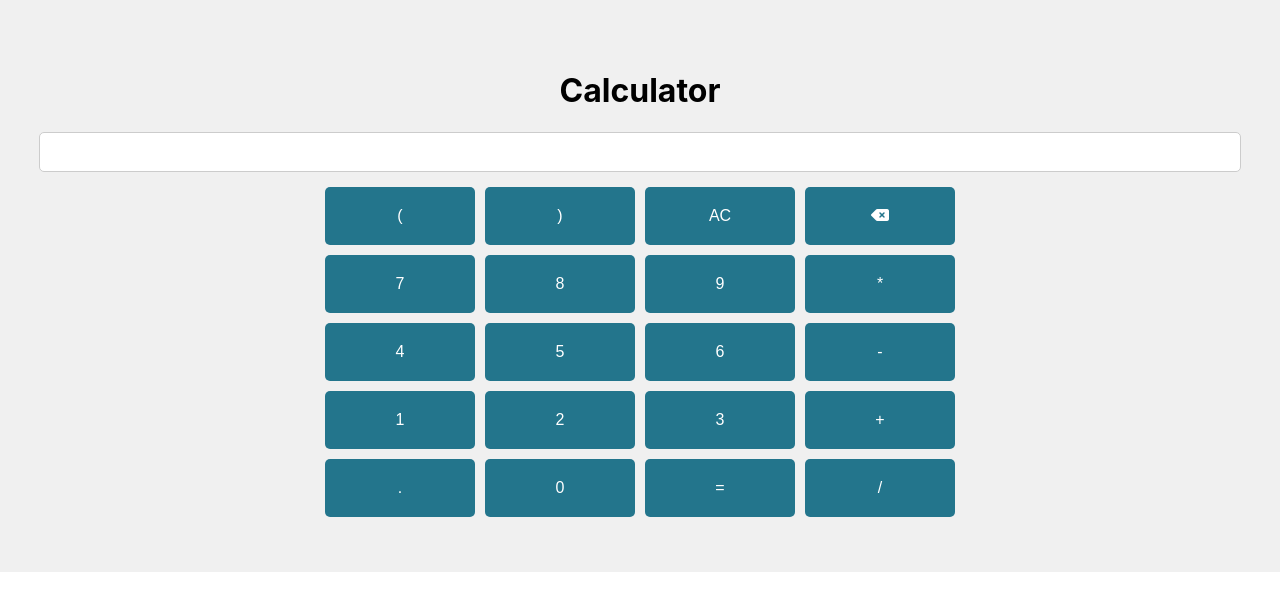
Repository: thesaherriaz/Calculator-React
Page: /
The author's editor kept a copy of each file at every save. The page is drawn from the files as they stood at one save, then again after a run of saves.
The browser window is 1280 px wide. The pictures show the whole page.
The project was rebuilt for these pictures with package versions that can differ from the ones it lists, and the page was loaded fresh each time.

Above is the page before, as saved 2025-06-18 15:11:57.

### public/index.html
<!DOCTYPE html>
<html lang="en">
  <head>
    <meta charset="utf-8" />
    <link rel="icon" href="%PUBLIC_URL%/favicon.ico" />
    <meta name="viewport" content="width=device-width, initial-scale=1" />
    <meta name="theme-color" content="#000000" />
    <meta
      name="description"
      content="Web site created using create-react-app"
    />
    <link rel="apple-touch-icon" href="%PUBLIC_URL%/logo192.png" />
    <link rel="stylesheet" href="https://cdnjs.cloudflare.com/ajax/libs/font-awesome/6.0.0/css/all.min.css">
    <!--
      manifest.json provides metadata used when your web app is installed on a
      user's mobile device or desktop. See https://developers.google.com/web/fundamentals/web-app-manifest/
    -->
    <link rel="manifest" href="%PUBLIC_URL%/manifest.json" />
    <!--
      Notice the use of %PUBLIC_URL% in the tags above.
      It will be replaced with the URL of the `public` folder during the build.
      Only files inside the `public` folder can be referenced from the HTML.

      Unlike "/favicon.ico" or "favicon.ico", "%PUBLIC_URL%/favicon.ico" will
      work correctly both with client-side routing and a non-root public URL.
      Learn how to configure a non-root public URL by running `npm run build`.
    -->
    <title>React App</title>
  </head>
  <body>
    <noscript>You need to enable JavaScript to run this app.</noscript>
    <div id="root"></div>
    <!--
      This HTML file is a template.
      If you open it directly in the browser, you will see an empty page.

      You can add webfonts, meta tags, or analytics to this file.
      The build step will place the bundled scripts into the <body> tag.

      To begin the development, run `npm start` or `yarn start`.
      To create a production bundle, use `npm run build` or `yarn build`.
    -->
  </body>
</html>

### src/App.js
import React from 'react'
import Calculator from './compnents/Calculator'

function App() {
  return (
    <Calculator />
  )
}

export default App

### src/compnents/Calculator.jsx
import React from 'react'
import './Calculator.css'
function Calculator() {
  return (
    <>
        <div className="Calculator">
            <h1>Calculator</h1>
            <input className='input-box' type="text" name="input" id="input" />
            <div>
                <button className='btn-cal'>(</button>
                <button className='btn-cal'>)</button>
                <button className='btn-cal'>AC</button>
                <button className='btn-cal'><i class="fa-solid fa-delete-left"></i></button> <br />
                <button className='btn-cal'>7</button>
                <button className='btn-cal'>8</button>
                <button className='btn-cal'>9</button>
                <button className='btn-cal'>*</button> <br />
                <button className='btn-cal'>4</button>
                <button className='btn-cal'>5</button>
                <button className='btn-cal'>6</button>
                <button className='btn-cal'>-</button> <br />
                <button className='btn-cal'>1</button>
                <button className='btn-cal'>2</button>
                <button className='btn-cal'>3</button>
                <button className='btn-cal'>+</button> <br />
                <button className='btn-cal'>.</button>
                <button className='btn-cal'>0</button>
                <button className='btn-cal'>=</button>
                <button className='btn-cal'>/</button>
            </div>
        </div>
    </>
  )
}

export default Calculator

### src/compnents/Calculator.css
.Calculator {
  display: flex;
  flex-direction: column;
  align-items: center;
  justify-content: center;
  /* height: 100vh; */
  background-color: #f0f0f0;
  padding: 50px;
}
.btn-cal{
  background-color: #23758c;
  width: 150px;
  color: white;
  border: none;
  padding: 20px;
  font-size: 16px;
  cursor: pointer;
  border-radius: 5px;
  margin: 5px;
  transition: background-color 0.3s ease;
}

.input-box {
  width: 100%;
  padding: 10px;
  font-size: 16px;
  border: 1px solid #ccc;
  border-radius: 5px;
  margin-bottom: 10px;
}

Loaded but not shown: src/index.js (common file); src/index.css (common file); src/reportWebVitals.js (common file)

After the next 3 saves:
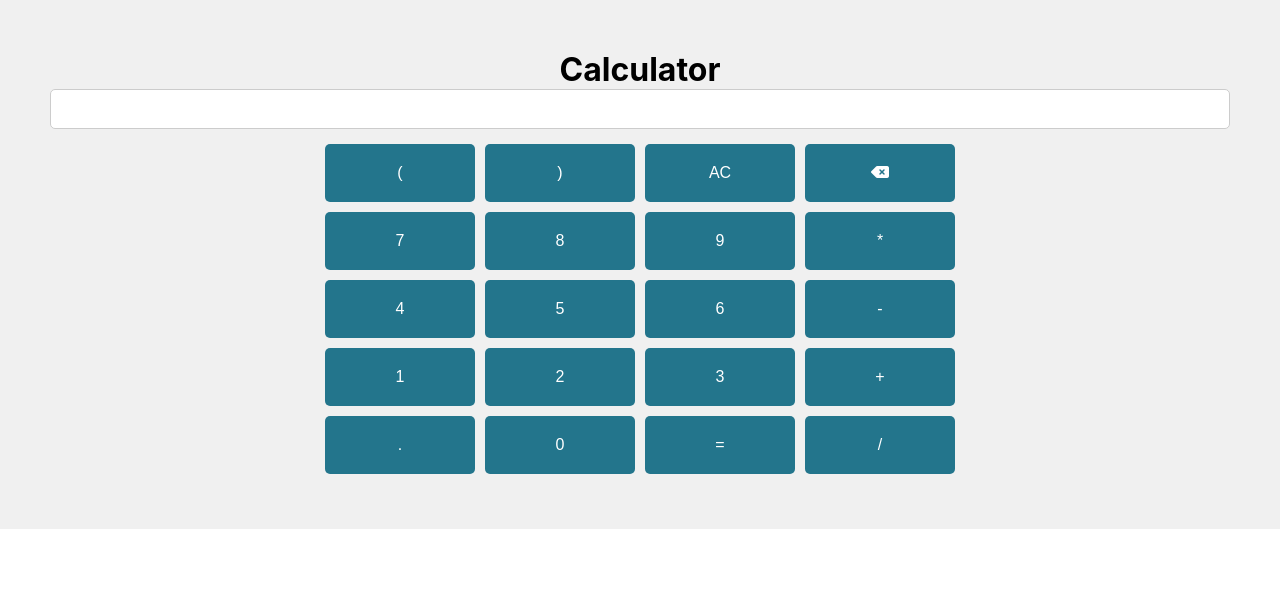
The 3 saves are shown as one change because they came seconds apart.
The last was saved 22 s later.
--- a/src/compnents/Calculator.css
+++ b/src/compnents/Calculator.css
@@ -1,3 +1,8 @@
+*{
+    box-sizing: border-box;
+    margin: 0;
+    padding: 0;
+}
 .Calculator {
   display: flex;
   flex-direction: column;
